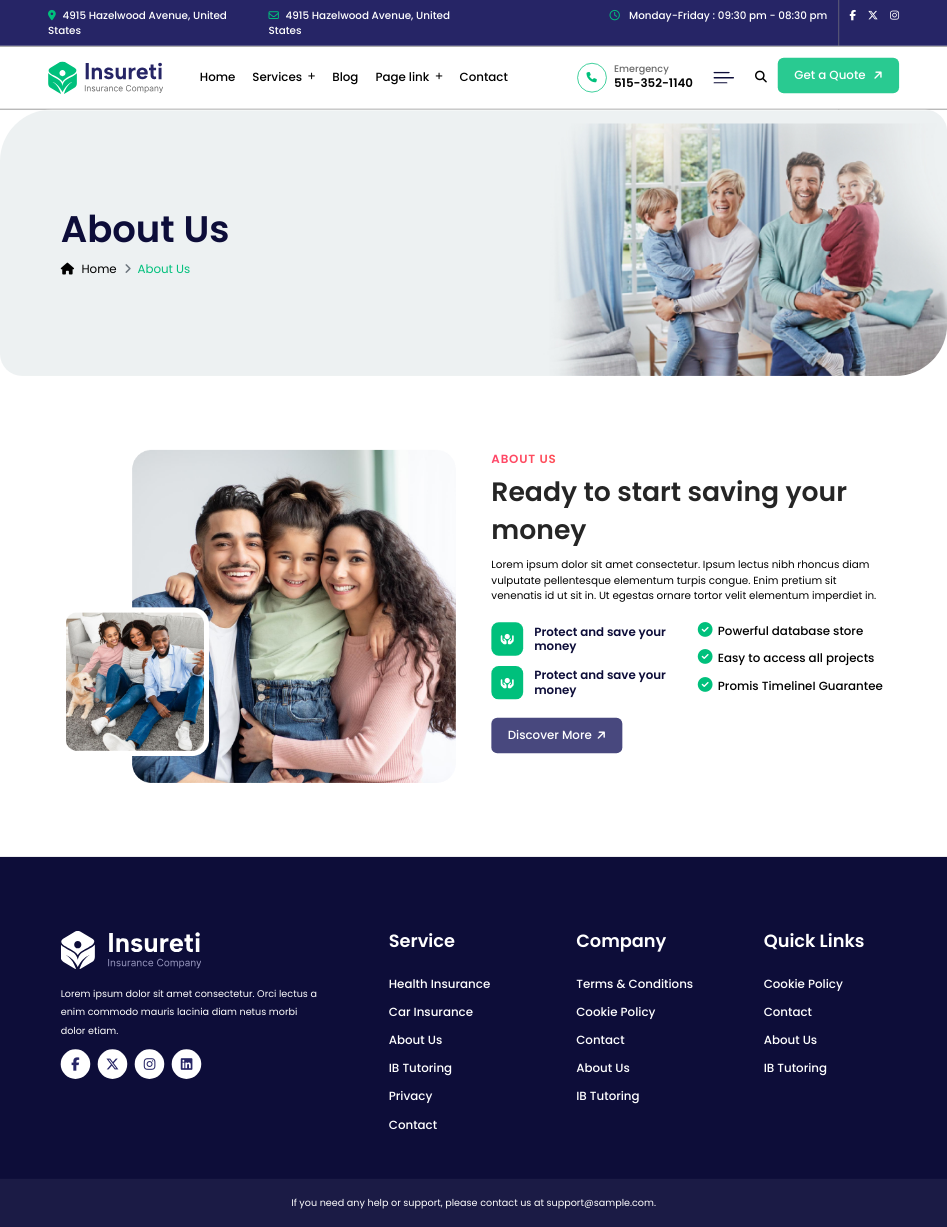
Repository: Tanmay226/it-portfolio-site
Page: it-company/about-us.html
These files come from the project's save history. The page is drawn as it stood at one moment and after the next save; the edit follows.
The browser window is 1280 px wide. The pictures show the whole page, at 74% of full size.
Some web libraries are served in a nearby version.

Above is the page before, as saved 2024-11-04 22:43:47.

### it-company/about-us.html
<!DOCTYPE html>
<html lang="en">

<head>
    <!-- Required meta tags -->
    <meta charset="utf-8" />
    <meta name="viewport" content="width=device-width, initial-scale=1" />
    <title>Tech </title>
    <!-- font-family -->
    <link rel="preconnect" href="https://fonts.googleapis.com">
    <link rel="preconnect" href="https://fonts.gstatic.com" crossorigin>
    <link
        href="https://fonts.googleapis.com/css2?family=Poppins:ital,wght@0,100;0,200;0,300;0,400;0,500;0,600;0,700;0,800;0,900;1,100;1,200;1,300;1,400;1,500;1,600;1,700;1,800;1,900&display=swap"
        rel="stylesheet">
    <!-- font-awsome -->
    <link rel="stylesheet" href="https://cdnjs.cloudflare.com/ajax/libs/font-awesome/6.6.0/css/all.min.css" />
    <!-- Bootstrap CSS -->
    <link href="https://cdn.jsdelivr.net/npm/bootstrap@5.0.2/dist/css/bootstrap.min.css" rel="stylesheet" />
    <!-- AOS animation -->
    <link rel="stylesheet" href="https://unpkg.com/aos@next/dist/aos.css" />
    <!-- swiper js -->
    <link rel="stylesheet" href="https://cdnjs.cloudflare.com/ajax/libs/Swiper/11.0.5/swiper-bundle.css" />
    <!-- custom css -->
    <link rel="stylesheet" href="./assets/css/style.css" />
</head>

<body>
    <!-- header section start -->

    <div class="top-header">
        <div class="container-fluid">
            <div class="row">
                <div class="col-6">
                    <div class="top-left">
                        <ul class="top-nav">
                            <li><a href="#"><i class="fa-solid fa-location-dot"></i>4915 Hazelwood Avenue, United
                                    States</a></li>
                            <li><a href="#"><i class="fa-regular fa-envelope"></i>4915 Hazelwood Avenue, United
                                    States</a></li>
                        </ul>
                    </div>
                </div>
                <div class="col-6">
                    <div class="top-right">
                        <ul class="top-nav">
                            <li><a href="#"><i class="fa-regular fa-clock"></i> Monday-Friday : 09:30 pm - 08:30 pm</a>
                            </li>

                        </ul>
                        <ul class="top-media">
                            <li><a href="#"><i class="fa-brands fa-facebook-f"></i></a></li>
                            <li><a href="#"><i class="fa-brands fa-x-twitter"></i></a></li>
                            <li><a href="#"><i class="fa-brands fa-instagram"></i></a></li>

                        </ul>
                    </div>
                </div>
            </div>
        </div>
    </div>
    <!-- nanbar -->
    <nav class="navbar navbar-expand-lg main-nav ">
        <div class="container-fluid">
            <a class="navbar-brand header-logo" href="#"><img src="./assets/images/main-Logo.svg" alt=""></a>
            <!-- <a class="navbar-brand" href="#">Navbar</a> -->
            <button class="navbar-toggler" type="button" data-bs-toggle="collapse" data-bs-target="#navbarNavAltMarkup"
                aria-controls="navbarNavAltMarkup" aria-expanded="false" aria-label="Toggle navigation">
                <i class="fa-solid fa-bars"></i>
            </button>
            <div class="collapse navbar-collapse" id="navbarNavAltMarkup">
                <ul class="navbar-nav mega-dropdown">
                    <li class="nav-item">
                        <a class="nav-link active" href="#">Home </a>
                    </li>
                    <li class="nav-item dropdown">
                        <a class="nav-link dropdown-toggle " href="#" role="button" data-bs-toggle="dropdown"
                            aria-expanded="false">
                            Services
                        </a>
                        <ul class="dropdown-menu">
                            <li><a class="dropdown-item" href="#">Action</a></li>
                            <li class="nav-item dropdown"><a class="dropdown-item" href="#">Another action</a>
                                <ul class="dropdown-menu">
                                    <li><a class="dropdown-item" href="#">Action</a></li>
                                    <li><a class="dropdown-item" href="#">Another action</a></li>
                                    <li><a class="dropdown-item" href="#">page link</a></li>
                                    <li><a class="dropdown-item" href="#">page link</a></li>
                                    <li><a class="dropdown-item" href="#">page link</a></li>
                                    <li><a class="dropdown-item" href="#">page link</a></li>
                                </ul>
                            </li>
                            <li><a class="dropdown-item" href="#">page link</a></li>
                            <li><a class="dropdown-item" href="#">page link</a></li>
                            <li><a class="dropdown-item" href="#">page link</a></li>
                            <li><a class="dropdown-item" href="#">page link</a></li>
                        </ul>
                    </li>

                    <li class="nav-item">
                        <a class="nav-link" href="#">Blog</a>
                    </li>
                    <li class="nav-item dropdown">
                        <a class="nav-link dropdown-toggle" href="#" role="button" data-bs-toggle="dropdown"
                            aria-expanded="false">
                            Page link
                        </a>
                        <ul class="dropdown-menu">
                            <li><a class="dropdown-item" href="#">Action</a></li>
                            <li><a class="dropdown-item" href="#">Another action</a></li>
                            <li><a class="dropdown-item" href="#">Something else here</a></li>
                        </ul>
                    </li>
                    <li class="nav-item">
                        <a class="nav-link" href="#">Contact</a>
                    </li>
                </ul>
                <div class="right-button-box">

                    <div class="phone-icon d-flex align-items-center">
                        <div class="icon d-flex justify-content-center align-items-center"> <i
                                class="fa-solid fa-phone"></i>
                        </div>
                        <div class="info-wrap">
                            <p>Emergency</p> <a href="tel:515-352-1140" class="info">515-352-1140</a>
                        </div>
                    </div>

                    <!-- ./ mobile menu start -->

                    <button class="btn " type="button" data-bs-toggle="offcanvas" data-bs-target="#offcanvasExample"
                        aria-controls="offcanvasExample">
                        <svg width="28" height="16" viewBox="0 0 28 16" fill="none" xmlns="http://www.w3.org/2000/svg">
                            <path d="M1 1H21" stroke="#0D0D39" stroke-width="2" stroke-linecap="round"></path>
                            <path d="M1 8H27" stroke="#0D0D39" stroke-width="2" stroke-linecap="round"></path>
                            <path d="M1 15H18" stroke="#0D0D39" stroke-width="2" stroke-linecap="round"></path>
                        </svg>
                    </button>

                    <div class="offcanvas offcanvas-start" tabindex="-1" id="offcanvasExample"
                        aria-labelledby="offcanvasExampleLabel">
                        <div class="offcanvas-header">
                            <a class="navbar-brand header-logo" href="#"><img src="./assets/images/main-Logo.svg"
                                    alt=""></a>
                            <button type="button" class="btn-close " data-bs-dismiss="offcanvas" aria-label="Close"><i
                                    class="fa-solid fa-xmark"></i></button>
                        </div>
                        <div class="offcanvas-body">
                            <ul class="navbar-nav sidebar">
                                <li class="nav-item">
                                    <a class="nav-link active " href="#">Home </a>
                                </li>
                                <li class="nav-item dropdown">
                                    <a class="nav-link dropdown-toggle " href="#" role="button"
                                        data-bs-toggle="dropdown" aria-expanded="false">
                                        services
                                    </a>
                                    <ul class="dropdown-menu">
                                        <li><a class="dropdown-item" href="#">Action</a></li>
                                        <li><a class="dropdown-item" href="#">Another action</a></li>
                                        <li><a class="dropdown-item" href="#">page link</a></li>
                                        <li><a class="dropdown-item" href="#">page link</a></li>
                                        <li><a class="dropdown-item" href="#">page link</a></li>
                                        <li><a class="dropdown-item" href="#">page link</a></li>
                                    </ul>
                                </li>

                                <li class="nav-item">
                                    <a class="nav-link" href="#">Blog</a>
                                </li>
                                <li class="nav-item dropdown">
                                    <a class="nav-link dropdown-toggle" href="#" role="button" data-bs-toggle="dropdown"
                                        aria-expanded="false">
                                        Page link
                                    </a>
                                    <ul class="dropdown-menu">
                                        <li><a class="dropdown-item" href="#">Action</a></li>
                                        <li><a class="dropdown-item" href="#">Another action</a></li>
                                        <li><a class="dropdown-item" href="#">Something else here</a></li>
                                    </ul>
                                </li>
                                <li class="nav-item">
                                    <a class="nav-link" href="#">Contact</a>
                                </li>
                            </ul>
                            <div class="contact-box">
                                <h3>Contact</h3>
                                <ul class="top-nav">
                                    <li><a href="#"><i class="fa-solid fa-location-dot"></i>4915 Hazelwood Avenue,
                                            United States</a></li>
                                    <li><a href="#"><i class="fa-regular fa-envelope"></i>515-352-1140</a></li>
                                    <li><a href="#"><i class="fa-regular fa-envelope"></i>insurity@gmail.com</a></li>
                                </ul>
                                <ul class="social-media">
                                    <li><a href="#"><i class="fa-brands fa-facebook-f"></i></a></li>
                                    <li><a href="#"><i class="fa-brands fa-x-twitter"></i></a></li>
                                    <li><a href="#"><i class="fa-brands fa-instagram"></i></a></li>
                                    <li><a href="#"><i class="fa-brands fa-linkedin"></i></a></li>
                                </ul>
                            </div>
                        </div>
                    </div>
                    <!-- ./mobile menu -->
                    <div class="search-icon">
                        <ul>
                            <li><a href="#"><i class="fa-solid fa-magnifying-glass"></i></a></li>

                        </ul>
                    </div>
                    <!-- ./search box -->
                    <div class="nan btn-box">
                        <a href="#" class="custom-btn add-style"> Get a Quote <i
                                class="fa-solid fa-arrow-right"></i></a>
                    </div>

                </div>

            </div>
        </div>
        </div>
    </nav>

    <!--inner banner sec start -->
    <section class="inner-banner-sec custom-pad">
        <div class="banner-img"><img src="./assets/images/ser-ban.jpg" alt=""></div>
        <div class="container">
            <div class="row">
                <div class="col-lg-12">
                    <div class="inner-content">
                        <h2 class="banner-title">
                            About Us
                        </h2>
                        <nav class="custom-bread-crumb" aria-label="breadcrumb">
                            <ol class="breadcrumb">
                                <li class="breadcrumb-item"><a href="#">Home</a></li>
                                <li class="breadcrumb-item active" aria-current="page">About Us</li>
                            </ol>
                        </nav>
                    </div>
                </div>
            </div>
        </div>
    </section>
    <!--./inner banner sec start -->
 <!-- About sec -->
 <section class="about-sec custom-pad">
    <div class="container">
      <div class="row g-5">
        <div class="col-md-6">
          <div class="about-img">
            <img src="./assets/images/h4-about-img.png" alt="">
          </div>
        </div>
        <div class="col-md-6">
          <div class="about-left">
            <div class="title-wrapper">
              <h3 class="top-sub-title"> About Us</h3>
              <h2 class="main-title">

                Ready to start saving
                your money
              </h2>

            </div>
            <p class="para-mute">
                Lorem ipsum dolor sit amet consectetur. Ipsum lectus nibh rhoncus diam vulputate pellentesque elementum turpis congue. Enim pretium sit venenatis id ut sit in. Ut egestas ornare tortor velit elementum imperdiet in.

            </p>
            <div class="feature-box">
              <div class="row">
                <div class="col-md-6">
                  <div class="feature-box-left">
                    <div class="f-item">
                      <div class="icon">
                        <i class="fa-solid fa-hands-holding-circle"></i>
                      </div>
                      <div class="f-text">
                        <h4> Protect and save your money</h4>
                      </div>
                    </div> <!-- ./f-item -->
                    <div class="f-item">
                      <div class="icon">
                        <i class="fa-solid fa-hands-holding-circle"></i>
                      </div>
                      <div class="f-text">
                        <h4> Protect and save your money</h4>
                      </div>
                    </div> <!-- ./f-item -->

                  </div>
                </div>
                <div class="col-md-6">
                  <div class="feature-box-right">
                    <ul>
                      <li><span><i class="fa-solid fa-circle-check"></i></span>Powerful database store</li>
                      <li><span><i class="fa-solid fa-circle-check"></i></span>Easy to access all projects</li>
                      <li><span><i class="fa-solid fa-circle-check"></i></span>Promis TimelineI Guarantee</li>
                    </ul>
                  </div>
                </div>
              </div>
            </div>
            <a href="#" class="custom-btn"> Discover More<i class="fa-solid fa-arrow-right"></i></a>
          </div>

        </div> <!--./col-md-6-->

      </div><!--./row-->
    </div><!--./container-->
  </section>
  <!-- ./about end -->

    <!-- footer start -->
    <footer class="footer-sec white-clr-text custom-pad pb-0">
        <div class="container">
            <div class="row justify-content-between">
                <div class=" col-md-4">
                    <div class="footer-left-logo">
                        <figure>
                            <a href="#" class="footer-logo"><img src="./assets/images/white-logo.svg" class="img-fluid"
                                    alt=""></a>
                        </figure>
                        <p class="para-mute">
                            Lorem ipsum dolor sit amet consectetur. Orci lectus a enim commodo mauris lacinia diam netus
                            morbi dolor etiam.

                        </p>
                        <ul class="social-media">
                            <li><a href="#"><i class="fa-brands fa-facebook-f"></i></a></li>
                            <li><a href="#"><i class="fa-brands fa-x-twitter"></i></a></li>
                            <li><a href="#"><i class="fa-brands fa-instagram"></i></a></li>
                            <li><a href="#"><i class="fa-brands fa-linkedin"></i></a></li>
                        </ul>


                    </div>


                </div>
                <div class="col-lg-2 col-md-3 col-sm-4 col-6">
                    <h4 class="footer-link-header">Service</h4>
                    <ul>
                        <li><a href="#" class="footer-link">Health Insurance</a></li>
                        <li><a href="#" class="footer-link">Car Insurance</a></li>
                        <li><a href="#" class="footer-link">About Us</a></li>
                        <li><a href="#" class="footer-link">IB Tutoring</a></li>
                        <li><a href="#" class="footer-link">Privacy</a></li>
                        <li><a href="#" class="footer-link">Contact</a></li>


                    </ul>
                </div>

                <div class="col-lg-2 col-md-3 col-sm-4 col-6">
                    <h4 class="footer-link-header">Company</h4>

                    <ul>
                        <li><a href="#" class="footer-link">Terms &amp; Conditions</a></li>
                        <li><a href="#" class="footer-link">Cookie Policy</a></li>
                        <li><a href="#" class="footer-link">Contact</a></li>
                        <li><a href="#" class="footer-link">About Us</a></li>
                        <li><a href="#" class="footer-link">IB Tutoring</a></li>

                    </ul>
                </div>
                <div class="col-lg-2 col-md-6 col-sm-4">
                    <h4 class="footer-link-header">Quick Links</h4>

                    <ul>
                        <li><a href="#" class="footer-link">Cookie Policy</a></li>
                        <li><a href="#" class="footer-link">Contact</a></li>
                        <li><a href="#" class="footer-link">About Us</a></li>
                        <li><a href="#" class="footer-link">IB Tutoring</a></li>

                    </ul>


                </div>
            </div>
            <!-- <hr class="footer-hr"> -->
        </div>
        <div class="copy-right">
            <div class="container">
                <div class="row">
                    <div class="col-md-12">
                        <div class="footer-box">

                            <div class="footer-left">


                                <div class="footer-right">
                                    <p class="para-mute">If you need any help or support, please contact us at
                                        support@sample.com.</p>
                                </div>
                            </div>

                        </div>
                    </div>
                </div>
            </div>
    </footer>
    <!-- footer end -->
    <!-- Option 2: Separate Popper and Bootstrap JS -->
    <script src="https://cdn.jsdelivr.net/npm/@popperjs/core@2.9.2/dist/umd/popper.min.js"></script>
    <script src="https://cdn.jsdelivr.net/npm/bootstrap@5.0.2/dist/js/bootstrap.min.js"></script>

    <!-- jquery -->
    <script src="https://cdnjs.cloudflare.com/ajax/libs/jquery/3.7.1/jquery.min.js"></script>
    <!-- AOS animation  -->
    <script src="https://unpkg.com/aos@next/dist/aos.js"></script>
    <!-- swiper js -->
    <script src="https://cdnjs.cloudflare.com/ajax/libs/Swiper/11.0.5/swiper-bundle.min.js"></script>
    <!-- custom js -->
    <script src="./assets/js/custom.js"></script>

</body>

</html>

Loaded but not shown: it-company/assets/js/custom.js (124 lines, source omitted); it-company/assets/css/style.css (2054 lines, source omitted)

After the next save:
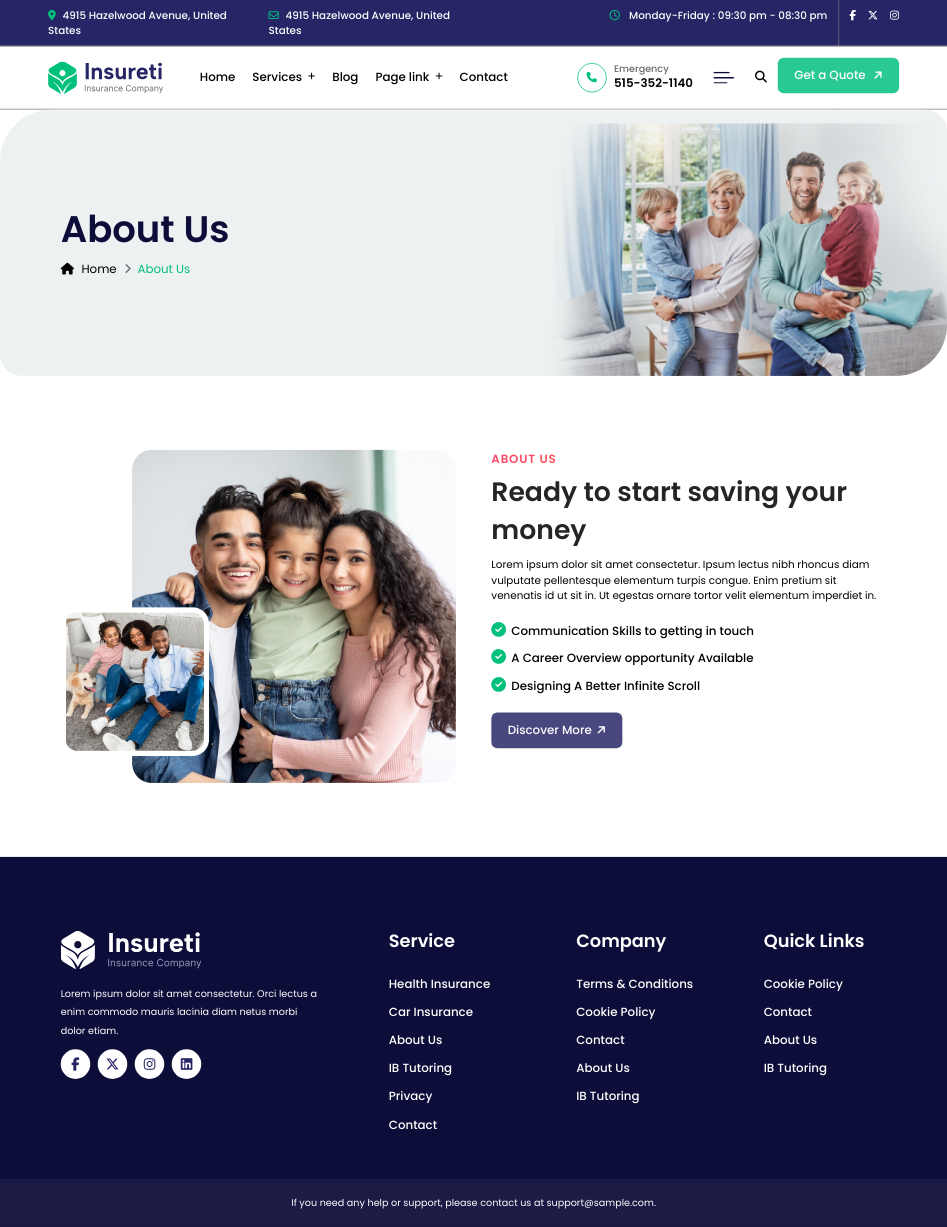
Saved 22 h 32 min later.
--- a/it-company/about-us.html
+++ b/it-company/about-us.html
@@ -265,35 +265,14 @@
                 Lorem ipsum dolor sit amet consectetur. Ipsum lectus nibh rhoncus diam vulputate pellentesque elementum turpis congue. Enim pretium sit venenatis id ut sit in. Ut egestas ornare tortor velit elementum imperdiet in.
 
             </p>
-            <div class="feature-box">
+  <div class="feature-box">
               <div class="row">
-                <div class="col-md-6">
-                  <div class="feature-box-left">
-                    <div class="f-item">
-                      <div class="icon">
-                        <i class="fa-solid fa-hands-holding-circle"></i>
-                      </div>
-                      <div class="f-text">
-                        <h4> Protect and save your money</h4>
-                      </div>
-                    </div> <!-- ./f-item -->
-                    <div class="f-item">
-                      <div class="icon">
-                        <i class="fa-solid fa-hands-holding-circle"></i>
-                      </div>
-                      <div class="f-text">
-                        <h4> Protect and save your money</h4>
-                      </div>
-                    </div> <!-- ./f-item -->
-
-                  </div>
-                </div>
-                <div class="col-md-6">
+                <div class="col-md-12">
                   <div class="feature-box-right">
                     <ul>
-                      <li><span><i class="fa-solid fa-circle-check"></i></span>Powerful database store</li>
-                      <li><span><i class="fa-solid fa-circle-check"></i></span>Easy to access all projects</li>
-                      <li><span><i class="fa-solid fa-circle-check"></i></span>Promis TimelineI Guarantee</li>
+                      <li><span><i class="fa-solid fa-circle-check"></i></span>Communication Skills to getting in touch</li>
+                      <li><span><i class="fa-solid fa-circle-check"></i></span>A Career Overview opportunity Available</li>
+                      <li><span><i class="fa-solid fa-circle-check"></i></span>Designing A Better Infinite Scroll</li>
                     </ul>
                   </div>
                 </div>
